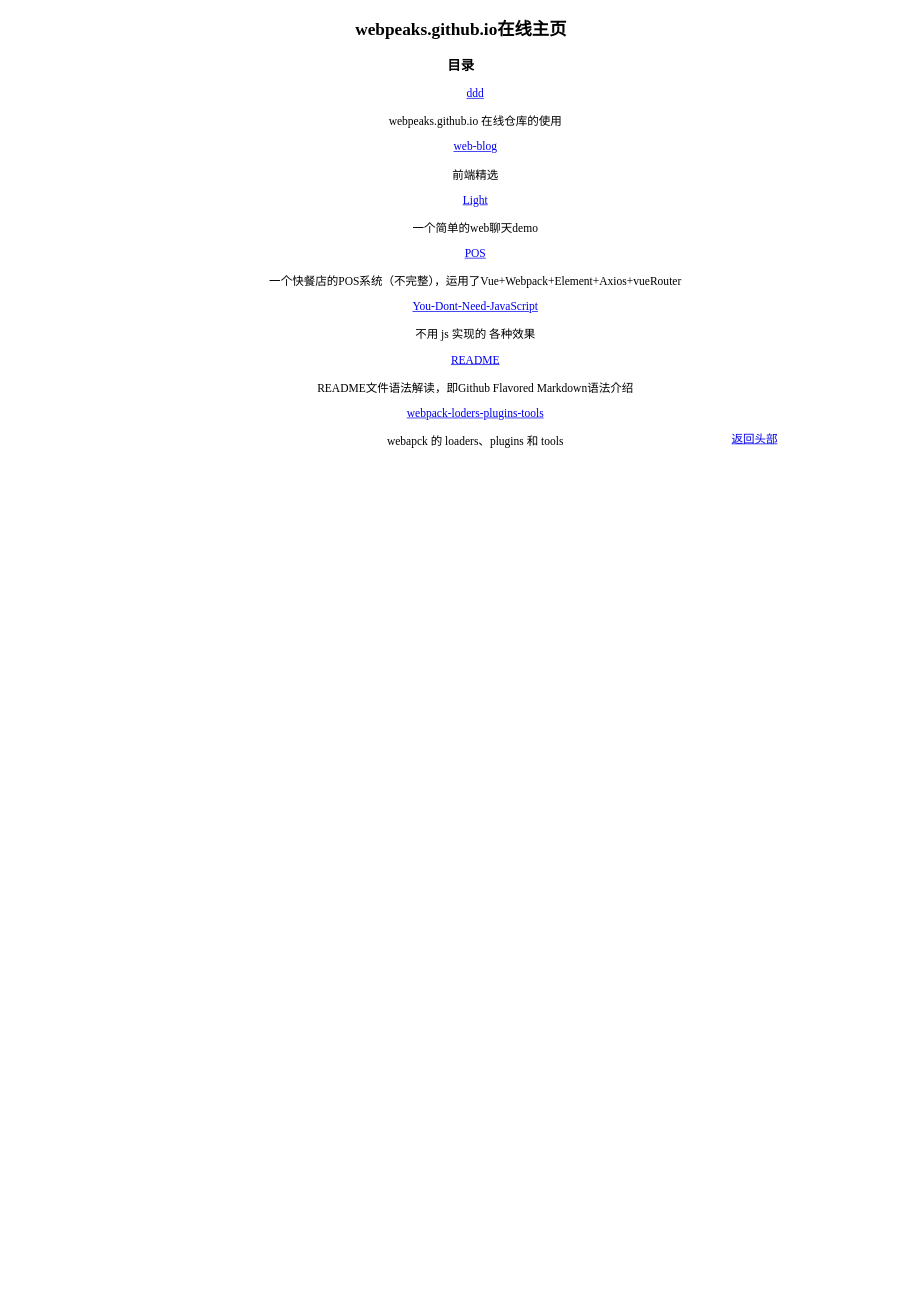
Repository: webpeaks/webpeaks.github.io
Page: index.html
The author's editor kept a copy of each file at every save. The page is drawn from the files as they stood at one save, then again after the next save.
The browser window is 1280 px wide. The pictures show the whole page, at 72% of full size.

Above is the page before, as saved 2018-01-03 16:56:30.

After the next save:
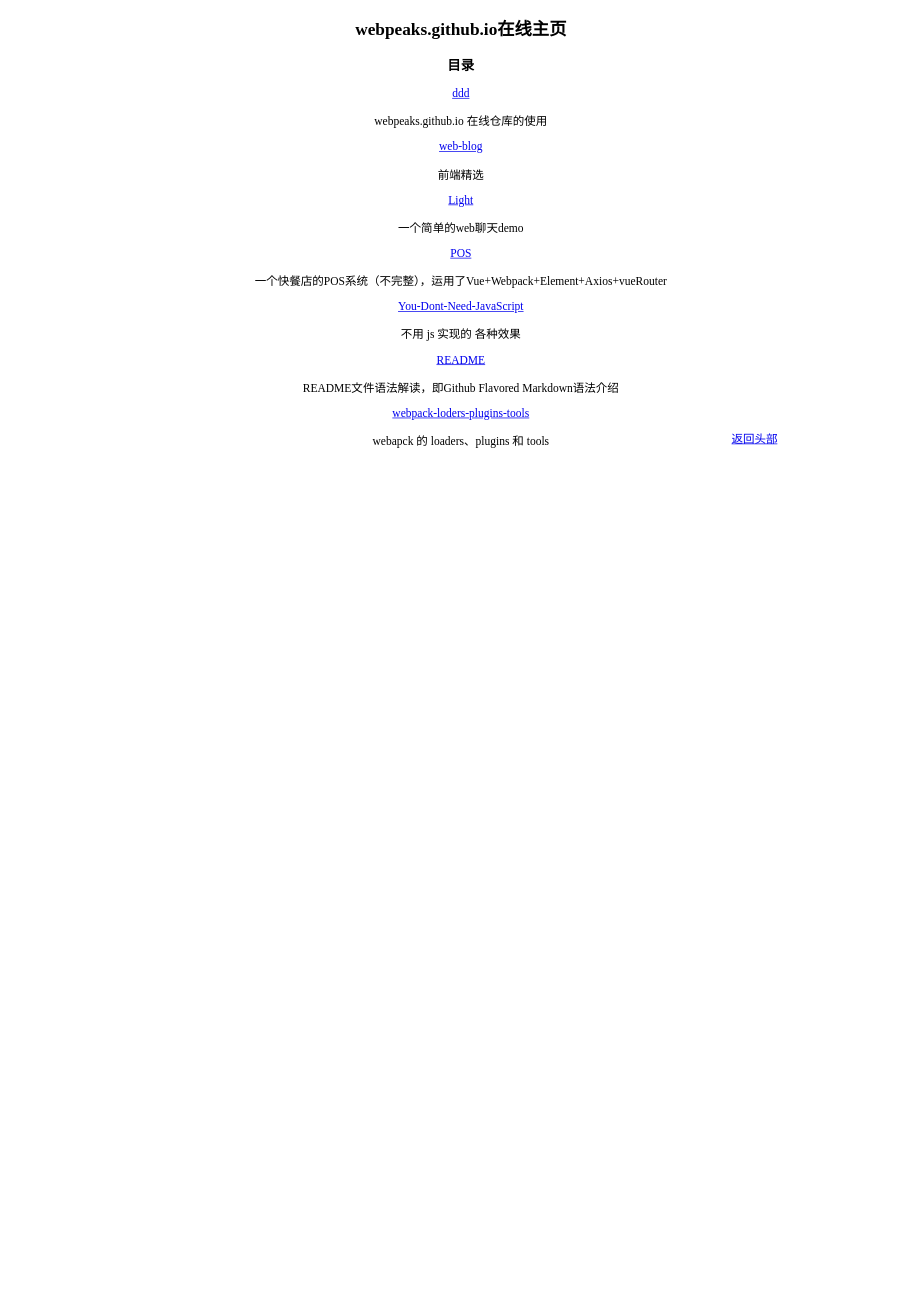
Saved 26 s later.
--- a/index.html
+++ b/index.html
@@ -15,8 +15,9 @@
         .main{
             text-align: center;
         }
-        .main li{
+        .main ul{
             list-style: none;
+            padding: 0;
         }
 
         .back {
